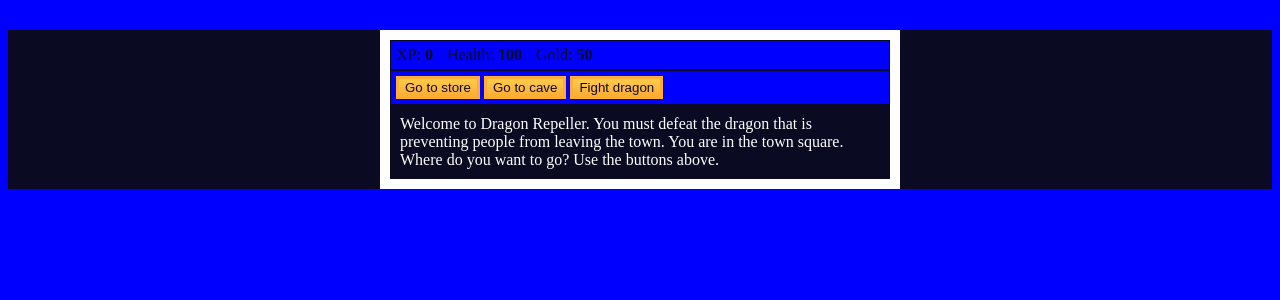
Repository: supakorn5039-boon/RPG-game
Page: index.html
These files come from the project's save history. The page is drawn as it stood at one moment and after the next save; the edit follows.
The browser window is 1280 px wide. The pictures show the whole page.

Above is the page before, as saved 2023-12-26 20:23:19.

### index.html
<!DOCTYPE html>
<html lang="en">
  <head>
    <meta charset="utf-8" />
    <link rel="stylesheet" href="styless.css" />
    <title>RPG - Dragon Repeller</title>

  </head>
  <body>
    <div id="game">
      <div id="stats">
        <span class="stat"
          >XP: <strong><span id="xpText">0</span></strong></span
        >
        <span class="stat"
          >Health: <strong><span id="healthText">100</span></strong></span
        >
        <span class="stat"
          >Gold: <strong><span id="goldText">50</span></strong></span
        >
      </div>
      <div id="controls">
        <button id="button1">Go to store</button>
        <button id="button2">Go to cave</button>
        <button id="button3">Fight dragon</button>
      </div>
      <div id="monsterStats">
        <span class="stat"
          >Monster Name: <strong><span id="monsterName"></span></strong
        ></span>
        <span class="stat"
          >Health: <strong><span id="monsterHealth"></span></strong
        ></span>
      </div>
      <div id="text">
        Welcome to Dragon Repeller. You must defeat the dragon that is
        preventing people from leaving the town. You are in the town square.
        Where do you want to go? Use the buttons above.
      </div>
    </div>
    <script src="index.js"></script>


  </body>
</html>

### styless.css
* {
  background-color: blue;
}

body {
  background-color: #0a0a23;
}

#text {
  background-color: #0a0a23;
  color: #ffffff;
  padding: 10px;
}

#game {
  max-width: 500px;
  max-height: 400px;
  background-color: #ffffff;
  color: #ffffff;
  margin: 30px auto 0px;
  padding: 10px;
}

#controls,
#stats {
  border: 1px solid #0a0a23;
  padding: 5px;
  color: #0a0a23;
}

#monsterStats {
  display: none;
  border: 1px solid #0a0a23;
  padding: 5px;
  color: #ffffff;
  background-color: #c70d0d;
}

.stat {
  padding-right: 10px;
}

button {
  cursor: pointer;
  color: #0a0a23;
  background-color: #feac32;
  background-image: linear-gradient(#fecc4c, #ffac33);
  border: 3px solid #feac32;
}

### index.js
let xp = 0;
let health = 100;
let gold = 50;
let currentWeapon = 0;
let fighting;
let monsterHealth;
let inventory = ["stick"];

const button1 = document.querySelector("#button1");
const button2 = document.querySelector("#button2");
const button3 = document.querySelector("#button3");
const text = document.querySelector("#text");
const xpText = document.querySelector("#xpText");
const healthText = document.querySelector("#healthText");
const goldText = document.querySelector("#goldText");
const monsterStats = document.querySelector("#monsterStats");
const monsterName = document.querySelector("#monsterName");
const monsterHealthText = document.querySelector("#monsterHealth");
const weapons = [
  { name: "stick", power: 5 },
  { name: "dagger", power: 30 },
  { name: "claw hammer", power: 50 },
  { name: "sword", power: 100 },
];
const monsters = [
  {
    name: "slime",
    level: 2,
    health: 15,
  },
  {
    name: "fanged beast",
    level: 8,
    health: 60,
  },
  {
    name: "dragon",
    level: 20,
    health: 300,
  },
];
const locations = [
  {
    name: "town square",
    "button text": ["Go to store", "Go to cave", "Fight dragon"],
    "button functions": [goStore, goCave, fightDragon],
    text: 'You are in the town square. You see a sign that says "Store".',
  },
  {
    name: "store",
    "button text": [
      "Buy 10 health (10 gold)",
      "Buy weapon (30 gold)",
      "Go to town square",
    ],
    "button functions": [buyHealth, buyWeapon, goTown],
    text: "You enter the store.",
  },
  {
    name: "cave",
    "button text": ["Fight slime", "Fight fanged beast", "Go to town square"],
    "button functions": [fightSlime, fightBeast, goTown],
    text: "You enter the cave. You see some monsters.",
  },
  {
    name: "fight",
    "button text": ["Attack", "Dodge", "Run"],
    "button functions": [attack, dodge, goTown],
    text: "You are fighting a monster.",
  },
  {
    name: "kill monster",
    "button text": [
      "Go to town square",
      "Go to town square",
      "Go to town square",
    ],
    "button functions": [goTown, goTown, easterEgg],
    text: 'The monster screams "Arg!" as it dies. You gain experience points and find gold.',
  },
  {
    name: "lose",
    "button text": ["REPLAY?", "REPLAY?", "REPLAY?"],
    "button functions": [restart, restart, restart],
    text: "You die. ☠️",
  },
  {
    name: "win",
    "button text": ["REPLAY?", "REPLAY?", "REPLAY?"],
    "button functions": [restart, restart, restart],
    text: "You defeat the dragon! YOU WIN THE GAME! 🎉",
  },
  {
    name: "easter egg",
    "button text": ["2", "8", "Go to town square?"],
    "button functions": [pickTwo, pickEight, goTown],
    text: "You find a secret game. Pick a number above. Ten numbers will be randomly chosen between 0 and 10. If the number you choose matches one of the random numbers, you win!",
  },
];

// initialize buttons
button1.onclick = goStore;
button2.onclick = goCave;
button3.onclick = fightDragon;

function update(location) {
  monsterStats.style.display = "none";
  button1.innerText = location["button text"][0];
  button2.innerText = location["button text"][1];
  button3.innerText = location["button text"][2];
  button1.onclick = location["button functions"][0];
  button2.onclick = location["button functions"][1];
  button3.onclick = location["button functions"][2];
  text.innerText = location.text;
}

function goTown() {
  update(locations[0]);
}

function goStore() {
  update(locations[1]);
}

function goCave() {
  update(locations[2]);
}

function buyHealth() {
  if (gold >= 10) {
    gold -= 10;
    health += 10;
    goldText.innerText = gold;
    healthText.innerText = health;
  } else {
    text.innerText = "You do not have enough gold to buy health.";
  }
}

function buyWeapon() {
  if (currentWeapon < weapons.length - 1) {
    if (gold >= 30) {
      gold -= 30;
      currentWeapon++;
      goldText.innerText = gold;
      let newWeapon = weapons[currentWeapon].name;
      text.innerText = "You now have a " + newWeapon + ".";
      inventory.push(newWeapon);
      text.innerText += " In your inventory you have: " + inventory;
    } else {
      text.innerText = "You do not have enough gold to buy a weapon.";
    }
  } else {
    text.innerText = "You already have the most powerful weapon!";
    button2.innerText = "Sell weapon for 15 gold";
    button2.onclick = sellWeapon;
  }
}

function sellWeapon() {
  if (inventory.length > 1) {
    gold += 15;
    goldText.innerText = gold;
    let currentWeapon = inventory.shift();
    text.innerText = "You sold a " + currentWeapon + ".";
    text.innerText += " In your inventory you have: " + inventory;
  } else {
    text.innerText = "Don't sell your only weapon!";
  }
}

function fightSlime() {
  fighting = 0;
  goFight();
}

function fightBeast() {
  fighting = 1;
  goFight();
}

function fightDragon() {
  fighting = 2;
  goFight();
}

function goFight() {
  update(locations[3]);
  monsterHealth = monsters[fighting].health;
  monsterStats.style.display = "block";
  monsterName.innerText = monsters[fighting].name;
  monsterHealthText.innerText = monsterHealth;
}

function attack() {
  text.innerText = "The " + monsters[fighting].name + " attacks.";
  text.innerText +=
    " You attack it with your " + weapons[currentWeapon].name + ".";
  health -= getMonsterAttackValue(monsters[fighting].level);
  if (isMonsterHit()) {
    monsterHealth -=
      weapons[currentWeapon].power + Math.floor(Math.random() * xp) + 1;
  } else {
    text.innerText += " You miss.";
  }
  healthText.innerText = health;
  monsterHealthText.innerText = monsterHealth;
  if (health <= 0) {
    lose();
  } else if (monsterHealth <= 0) {
    fighting === 2 ? winGame() : defeatMonster();
  }
  if (Math.random() <= 0.1 && inventory.length !== 1) {
    text.innerText += " Your " + inventory.pop() + " breaks.";
    currentWeapon--;
  }
}

function getMonsterAttackValue(level) {
  const hit = level * 5 - Math.floor(Math.random() * xp);
  console.log(hit);
  return hit > 0 ? hit : 0;
}

function isMonsterHit() {
  return Math.random() > 0.2 || health < 20;
}

function dodge() {
  text.innerText = "You dodge the attack from the " + monsters[fighting].name;
}

function defeatMonster() {
  gold += Math.floor(monsters[fighting].level * 6.7);
  xp += monsters[fighting].level;
  goldText.innerText = gold;
  xpText.innerText = xp;
  update(locations[4]);
}

function lose() {
  update(locations[5]);
}

function winGame() {
  update(locations[6]);
}

function restart() {
  xp = 0;
  health = 100;
  gold = 50;
  currentWeapon = 0;
  inventory = ["stick"];
  goldText.innerText = gold;
  healthText.innerText = health;
  xpText.innerText = xp;
  goTown();
}

function easterEgg() {
  update(locations[7]);
}

function pickTwo() {
  pick(2);
}

function pickEight() {
  pick(8);
}

function pick(guess) {
  let numbers = [];
  while (numbers.length < 10) {
    numbers.push(Math.floor(Math.random() * 11));
  }
  text.innerText = "You picked " + guess + ". Here are the random numbers:\n";
  for (let i = 0; i < 10; i++) {
    text.innerText += numbers[i] + "\n";
  }
  if (numbers.indexOf(guess) !== -1) {
    text.innerText += "Right! You win 20 gold!";
    gold += 20;
    goldText.innerText = gold;
  } else {
    text.innerText += "Wrong! You lose 10 health!";
    health -= 10;
    healthText.innerText = health;
    if (health <= 0) {
      lose();
    }
  }
}

After the next save:
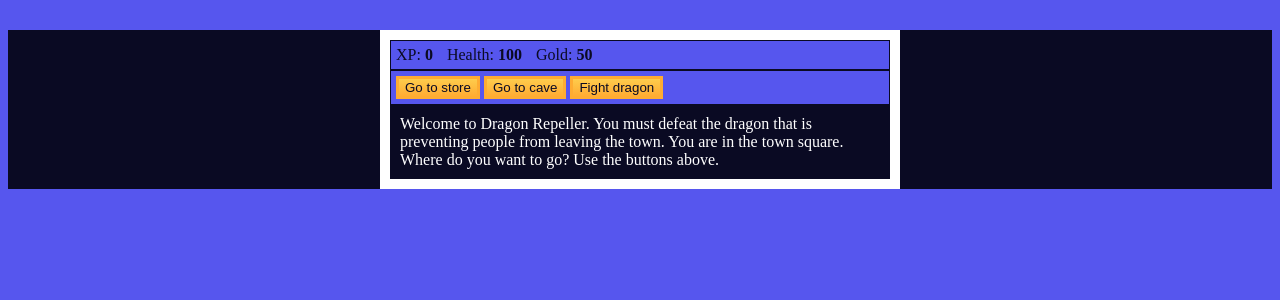
Saved 6 s later.
--- a/styless.css
+++ b/styless.css
@@ -1,5 +1,5 @@
 * {
-  background-color: blue;
+  background-color: rgb(86, 86, 238);
 }
 
 body {
